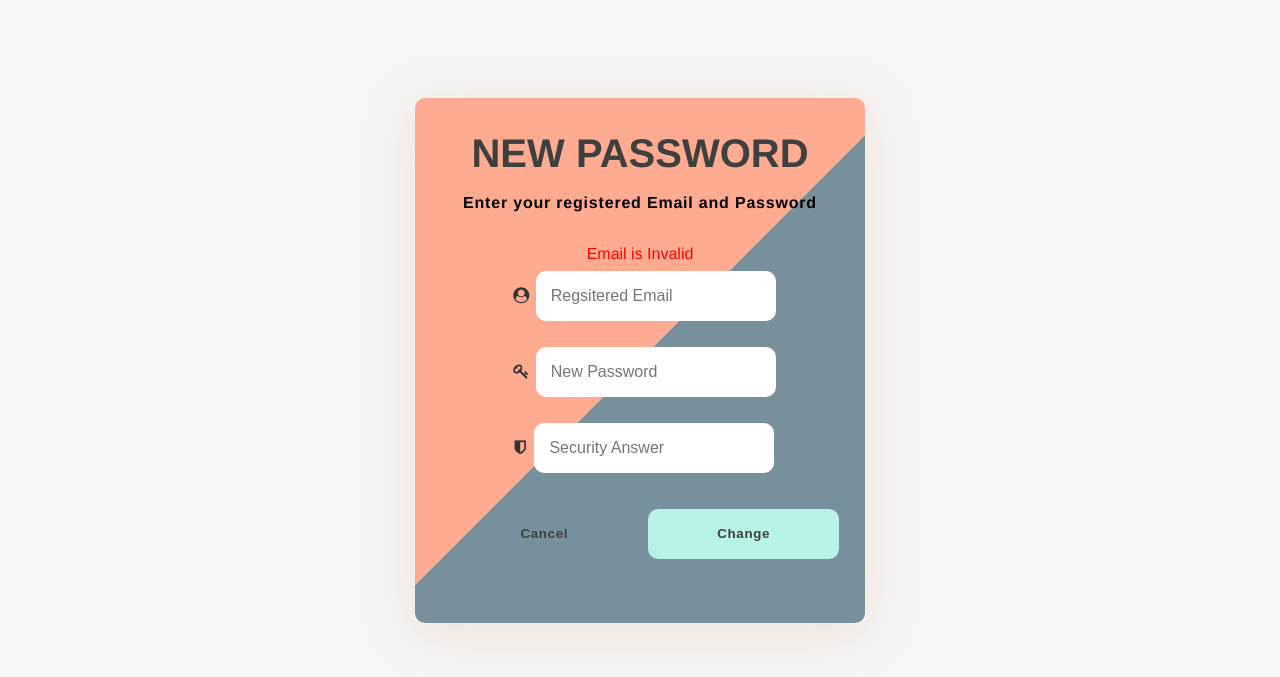
Repository: DhanushPrabha22/Zoho-Mini-Project
Page: http://localhost/ToDo_List/forgotpwd.do
An editor plug-in stored every save of this project. The page is shown before and after the next save, followed by the edit.
The browser window is 1280 px wide. The pictures show the whole page.
Some web libraries are served in a nearby version. The page is served by Tomcat 9.

Above is the page before, as saved 2021-03-17 10:43:56.

After the next save:
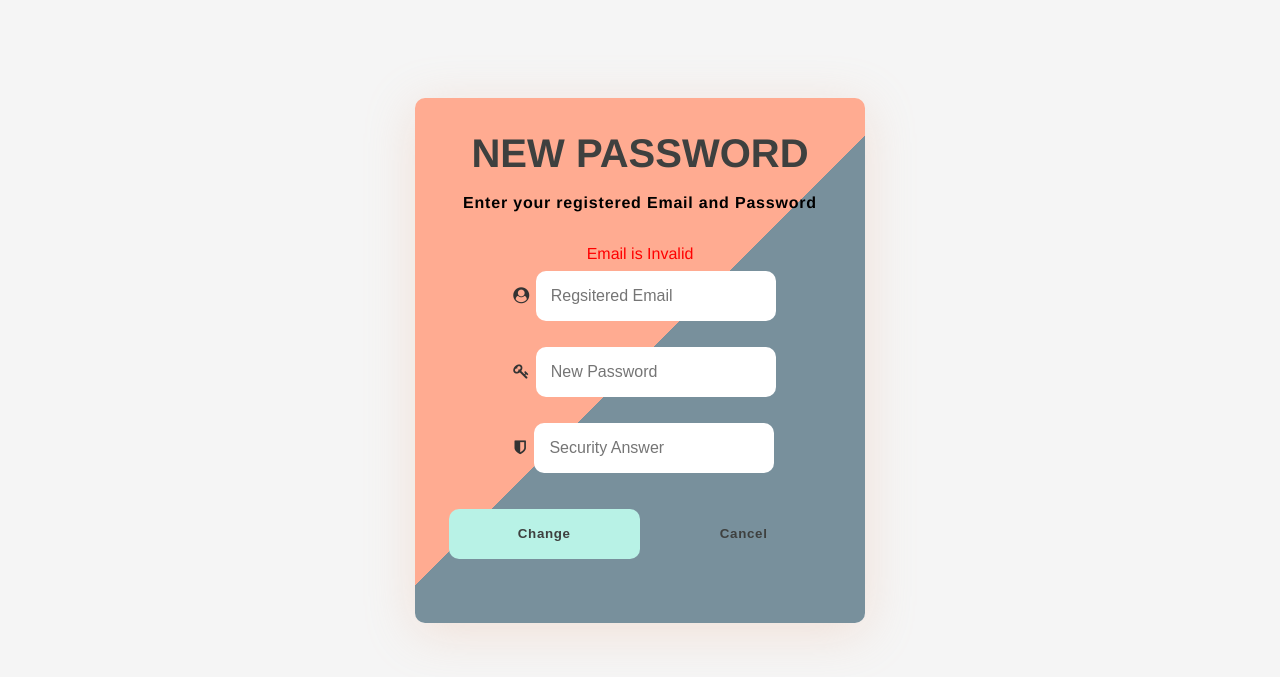
Saved 75 s later.
--- a/Todo Eclipse/ToDo_List/WebContent/forgotPwd.jsp
+++ b/Todo Eclipse/ToDo_List/WebContent/forgotPwd.jsp
@@ -53,11 +53,9 @@ Created By Dhanush L
 					<html:text styleClass="form-input" property="security" styleId="sec"/>
 
 					<br><br><br>
-					<div class="other">
-						<button class="button submits frgt-pass" onclick="cancel()">Cancel</button>
-						<html:submit styleClass="sign-up submits button" value="Change"/>
-					</div>
+					<html:submit styleClass="sign-up submits button" value="Change"/>
 				</html:form>
+				<button class="button submits frgt-pass" onclick="cancel()">Cancel</button>
 			</div>
 		<!--   End Container  -->
 		</div>
